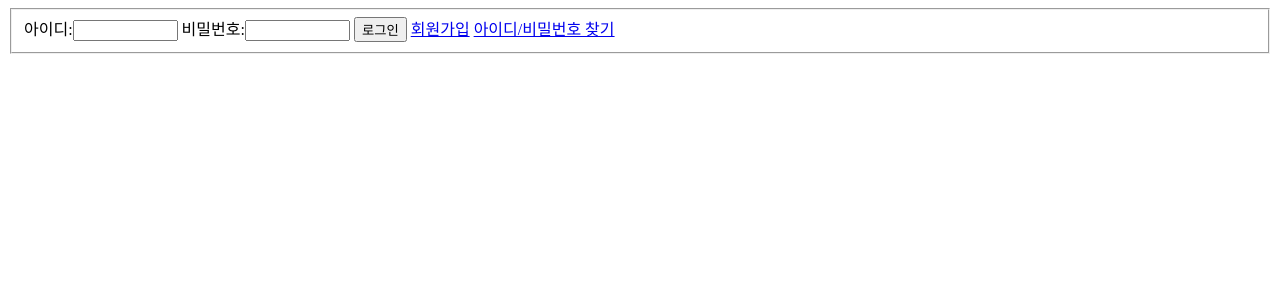
Repository: to-flatwhite1/JSP
Page: http://localhost/JSP/next.jsp
These files come from the project's save history. The page is drawn as it stood at one moment and after the next save; the edit follows.
The browser window is 1280 px wide. The pictures show the whole page.
The page is served by Tomcat 9.

Above is the page before, as saved 2024-05-17 08:58:49.

After the next save:
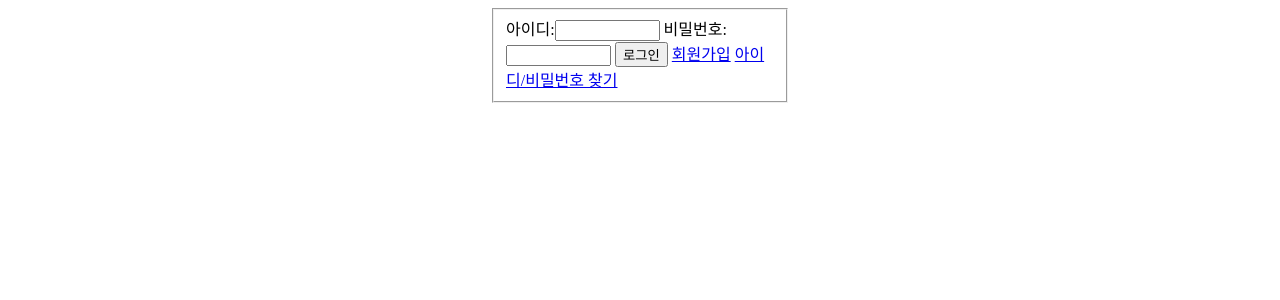
Saved 87 s later.
--- a/portfolio-master/JSP/src/main/webapp/next.jsp
+++ b/portfolio-master/JSP/src/main/webapp/next.jsp
@@ -5,8 +5,15 @@
 <head>
 <meta charset="EUC-KR">
 <title>산책어때:로그인</title>
+<style>
+	#container{
+		width:300px;
+		margin:0 auto;
+	}
+</style>
 </head>
 <body>
+	<div id="container">
 	<form method="get" action="next.jsp">
 	<fieldset>
 	아이디:<input type="text" id="user_id" size="10">
@@ -16,6 +23,7 @@
 	<a href="next3.jsp">아이디/비밀번호 찾기</a>
 	</fieldset>
 	</form>
+	</div>
 
 </body>
 </html>
